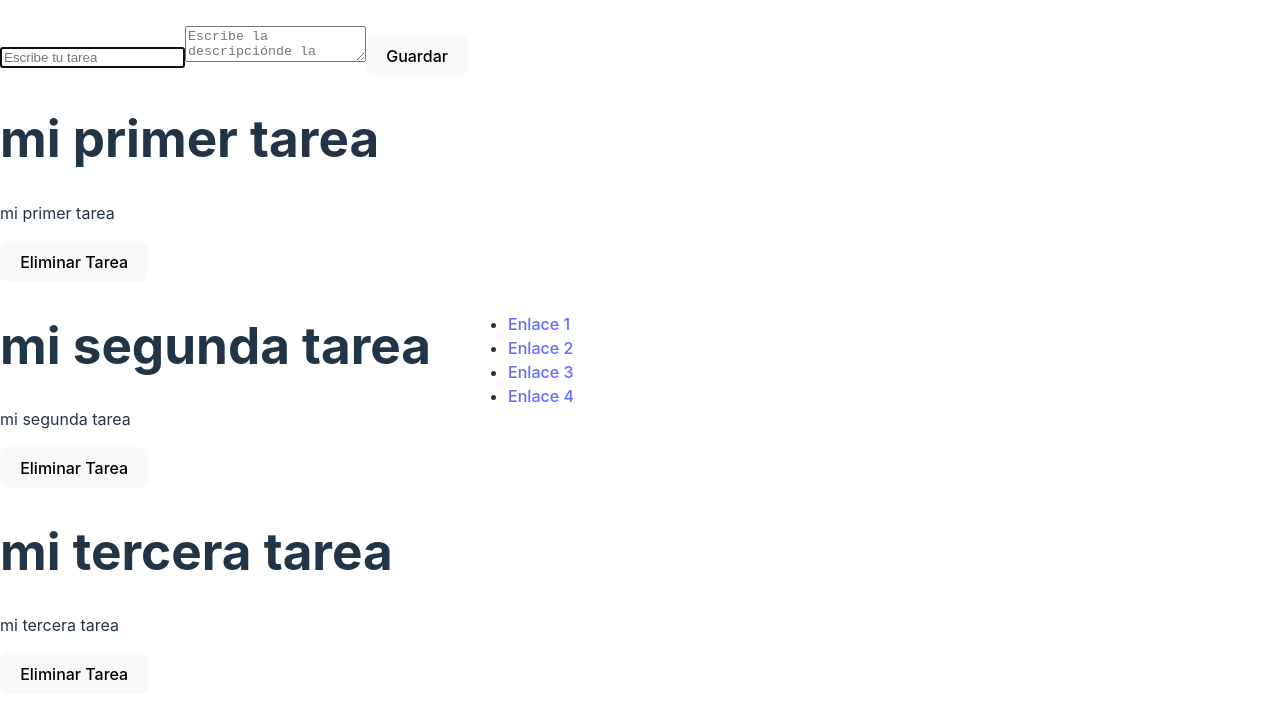
Repository: Ciromontes/AgendaTuTarea
Page: /
An editor plug-in stored every save of this project. The page is shown before and after the next save, followed by the edit.
The browser window is 1280 px wide. The pictures show the whole page.
The project was rebuilt for these pictures with package versions that can differ from the ones it lists, and the page was loaded fresh each time. Also part of the build but not shown: vite.config.js.

Above is the page before, as saved 2023-09-18 18:20:24.

After the next save:
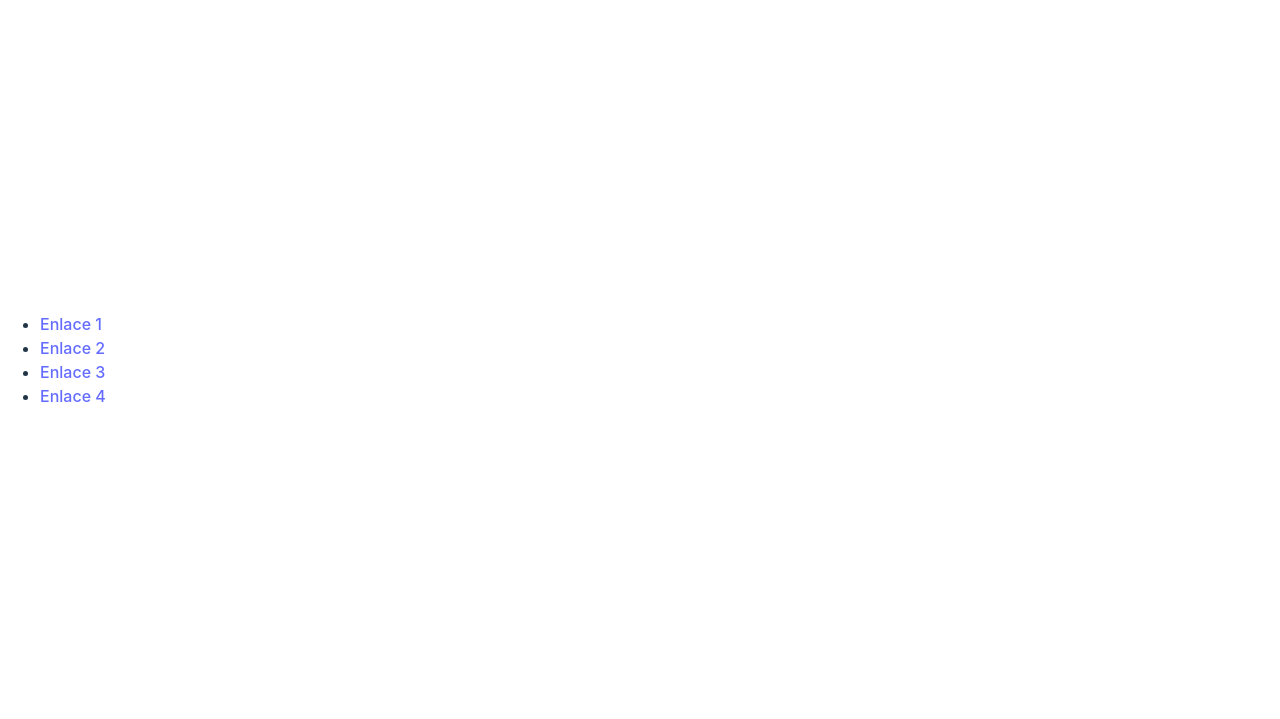
Console error: ReferenceError: useEffect is not defined
Saved 5 min 44 s later.
--- a/src/context/TaskContext.jsx
+++ b/src/context/TaskContext.jsx
@@ -1,4 +1,5 @@
 import {createContext, useState} from 'react'
+import {tasks as data} from './data/tasks'
 
 export const TaskContext = createContext()
 export function TaskContextProvider(props) {
@@ -14,9 +15,16 @@
     function deleteTask(taskId){
       setTasks(tasks.filter(task=> task.id !== taskId))
     }
+    useEffect(() =>{
+        setTasks(data)
+    },[]);
 
   return (
-    <TaskContext.Provider>
+    <TaskContext.Provider value={{
+        tasks: tasks,
+        deleteTask: deleteTask,
+        createTask: createTask
+    }}>
         {props.children}
     </TaskContext.Provider>
 

After the 3 saves that followed:
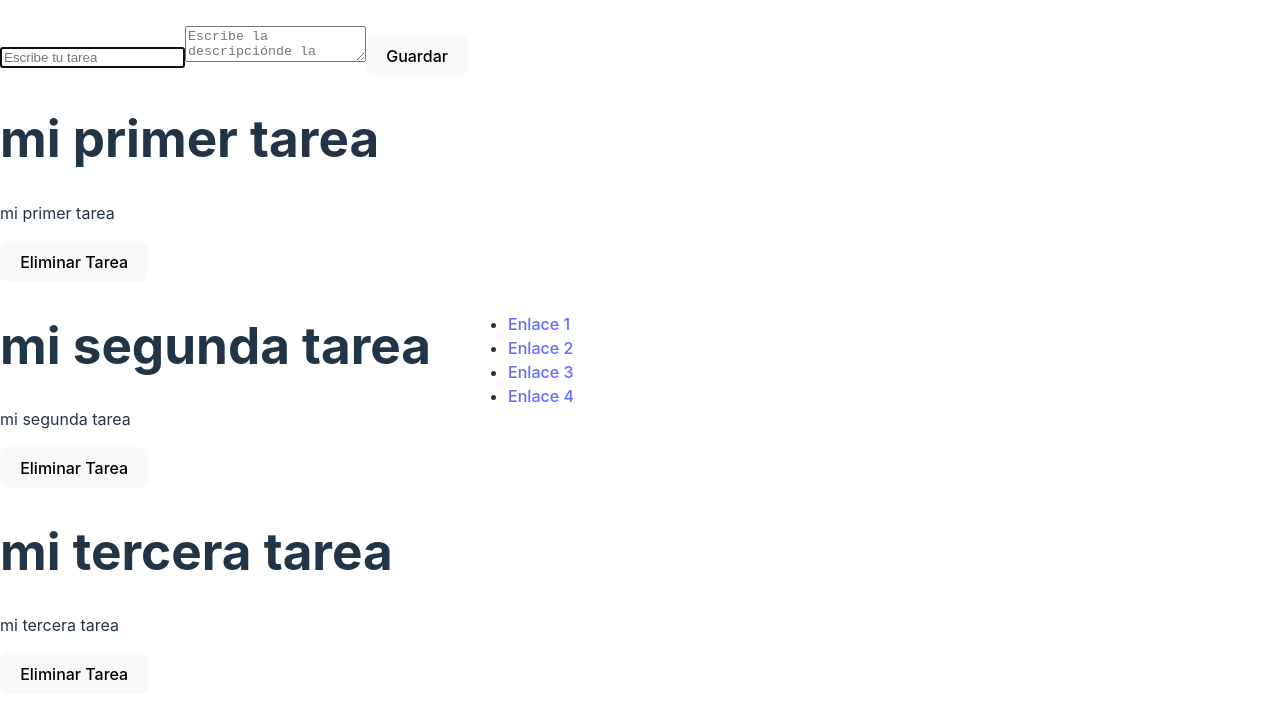
The error is gone.
The 3 saves are shown as one change because 2 left the picture as it was.
The last was saved 2 min 21 s later.
--- a/src/context/TaskContext.jsx
+++ b/src/context/TaskContext.jsx
@@ -1,32 +1,32 @@
-import {createContext, useState} from 'react'
-import {tasks as data} from './data/tasks'
+import { createContext, useState, useEffect } from 'react'
+import { tasks as data } from '../data/tasks'
 
 export const TaskContext = createContext()
 export function TaskContextProvider(props) {
-    const[tasks, setTasks]= useState([]);
+    const [tasks, setTasks] = useState([]);
 
-    function createTask(task){
+    function createTask(task) {
         setTasks([...tasks, {
-          title: task.title,
-          id: tasks.length,
-          description: task.description
+            title: task.title,
+            id: tasks.length,
+            description: task.description
         }])
-      }
-    function deleteTask(taskId){
-      setTasks(tasks.filter(task=> task.id !== taskId))
     }
-    useEffect(() =>{
+    function deleteTask(taskId) {
+        setTasks(tasks.filter(task => task.id !== taskId))
+    }
+    useEffect(() => {
         setTasks(data)
-    },[]);
+    }, []);
 
-  return (
-    <TaskContext.Provider value={{
-        tasks: tasks,
-        deleteTask: deleteTask,
-        createTask: createTask
-    }}>
-        {props.children}
-    </TaskContext.Provider>
+    return (
+        <TaskContext.Provider value={{
+            tasks: tasks,
+            deleteTask: deleteTask,
+            createTask: createTask
+        }}>
+            {props.children}
+        </TaskContext.Provider>
 
-  )
+    )
 }
